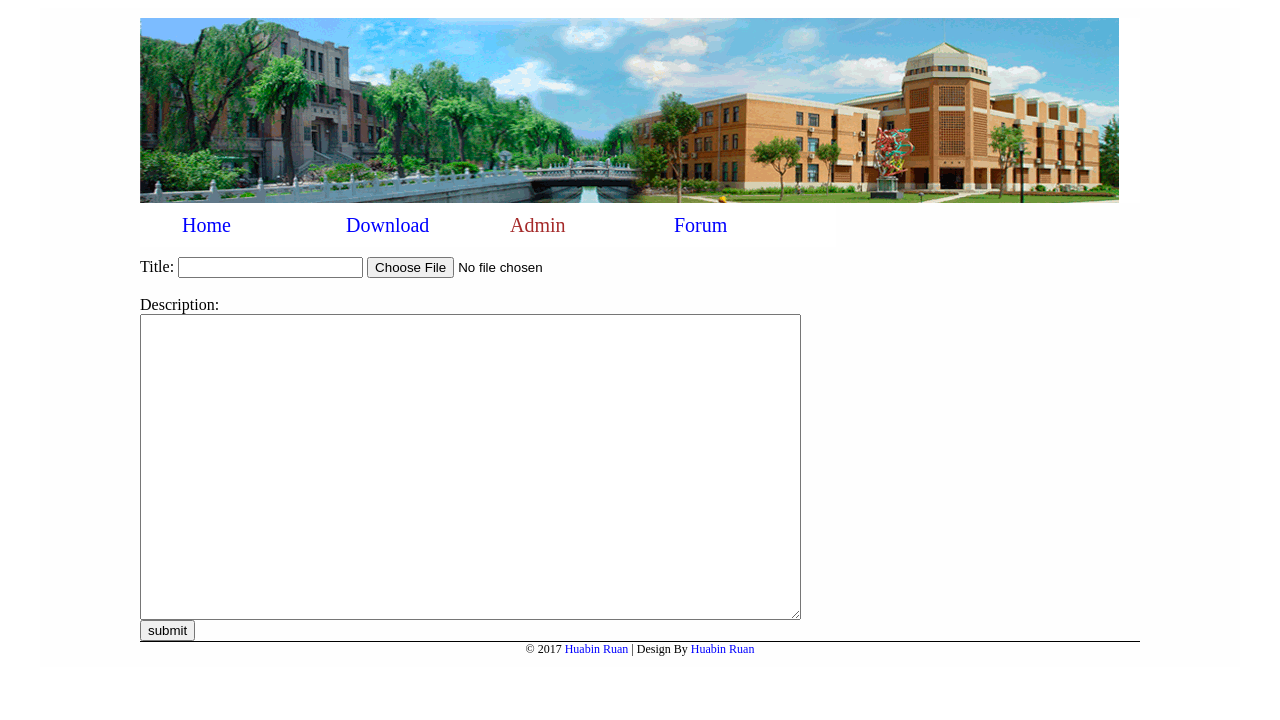
Repository: ruanhuabin/LifeSoftwareWebSite
Page: http://localhost/CryoEM/admin.jsp
The author's editor kept a copy of each file at every save. The page is drawn from the files as they stood at one save, then again after the next save.
The browser window is 1280 px wide. The pictures show the whole page.
The page is served by Tomcat 9. Nobody is signed in. The application's start-up code is not run.

Above is the page before, as saved 2017-08-11 01:03:33.

After the next save:
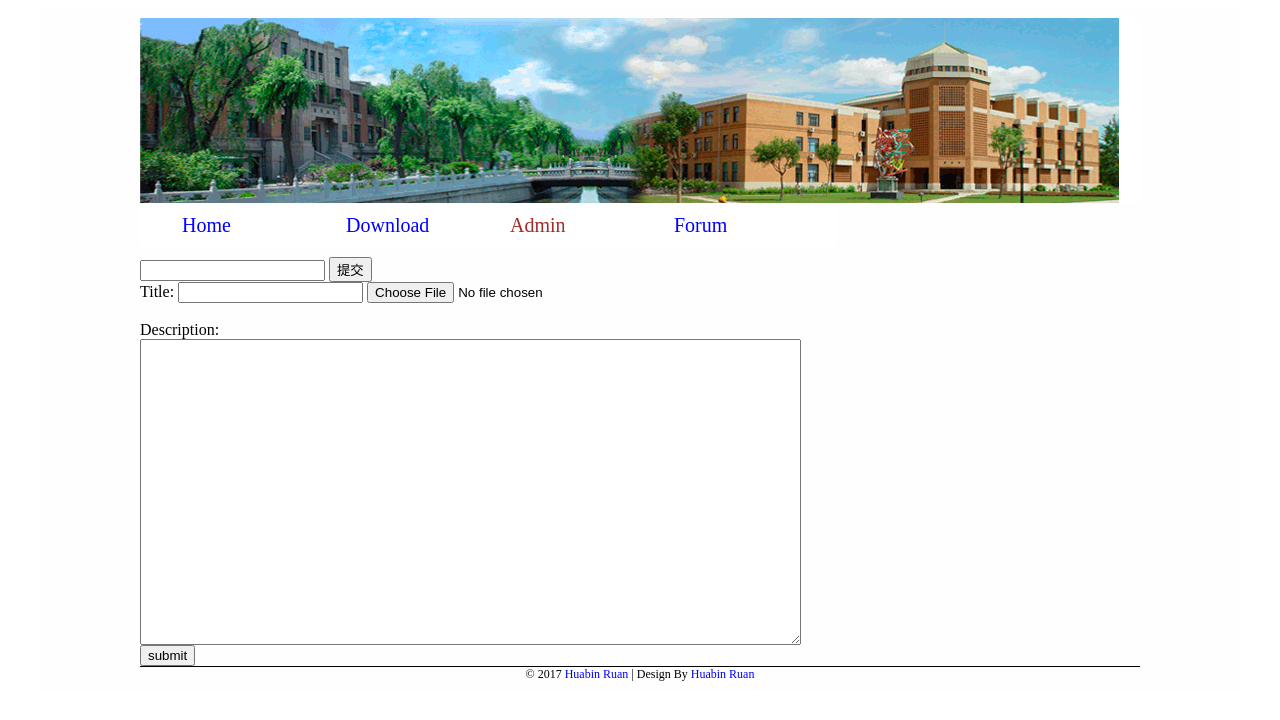
Saved 14 s later.
--- a/CryoEM/WebRoot/admin.jsp
+++ b/CryoEM/WebRoot/admin.jsp
@@ -89,6 +89,13 @@ String basePath = request.getScheme()+"://"+request.getServerName()+":"+request.
 <br />
 
 <div id="form-div">
+ <form action="post/Admin_uploadUserFile.action" method="post" target="nm_iframe">
+      <input type="text" id="id_input_text" name="userFile" />
+      <input type="submit" id="id_submit" name="nm_submit" value="提交" />
+  </form>
+  <iframe id="id_iframe" name="nm_iframe" style="display:none;"></iframe>
+
+
 	<form action="post/Admin_postSoftware.action"	enctype="multipart/form-data" method="post" style="" title="" id="" class="">
 
 
